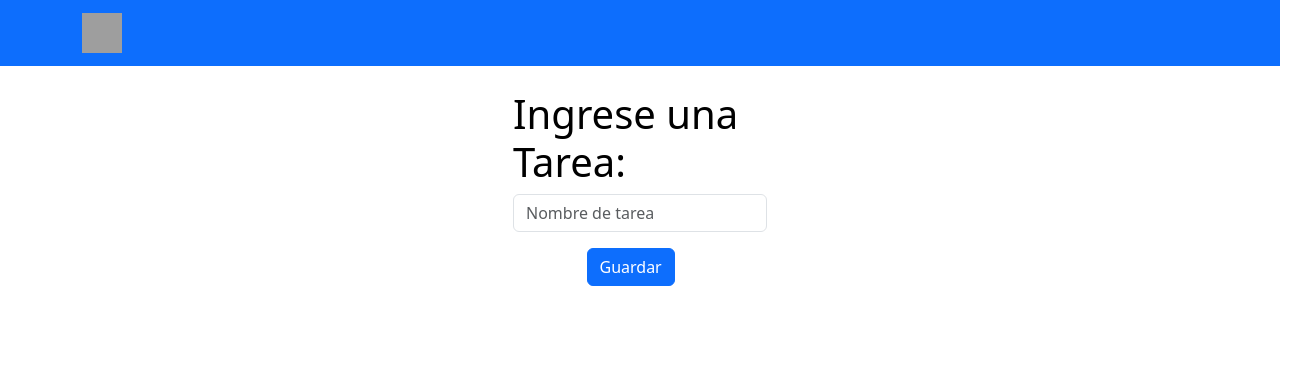
Repository: mgarrido0gb/registroTareas
Page: http://localhost/Tareas/Home
An editor plug-in stored every save of this project. The page is shown before and after the next save, followed by the edit.
The browser window is 1280 px wide. The page is 1292 px wide, so the pictures cover 1292 px, including what lies to the right of the window. The pictures show the whole page.
Pictures or frames that could not be fetched are drawn as grey boxes. The page is served by Tomcat 10. Other server files are loaded and not shown. Queries for data that is not in the repository find no rows.

Above is the page before, as saved 2024-05-21 16:52:29.

### Tareas/src/main/webapp/WEB-INF/home.jsp
<%@page import="models.Categoria"%>
<%@page import="models.Tarea"%>
<%@ page language="java" contentType="text/html; charset=ISO-8859-1"
    pageEncoding="ISO-8859-1" import="java.util.ArrayList" import="models.Tarea" import="models.Categoria"%>
<!doctype html>
<html lang="en">
  <head>
    <meta charset="utf-8">
    <meta name="viewport" content="width=device-width, initial-scale=1">
    <title>Registro Tareas</title>
    <link href="https://cdn.jsdelivr.net/npm/bootstrap@5.3.3/dist/css/bootstrap.min.css" rel="stylesheet" integrity="sha384-QWTKZyjpPEjISv5WaRU9OFeRpok6YctnYmDr5pNlyT2bRjXh0JMhjY6hW+ALEwIH" crossorigin="anonymous">
    <style type="text/css">
    	body{
    		background-color: white;
    		color: black;
    	}

    	li{
    		color: black;
    	}

    	.logotipo{
    		width: 30px;
    		height: 30px;
    	}






    </style>

  </head>
  <body>
  	<nav class="navbar bg-primary" id="nav">
  		<div class="container">
    		<a class="navbar-brand" href="#">
      			<img src="https://cdn-icons-png.flaticon.com/512/181/181627.png"  width="40" height="40">
    		</a>
  		</div>
	</nav>

    <div class="row">
    	<div class="col-3 offset-3 d-block m-auto m-0">
    		<form action="/Tareas/Home" method="post">
    			<div class="p-4 col-xs-9">
    				<h1>Ingrese una Tarea: </h1>

    				<div class="text-center">
    					<input class="form-control" placeholder="Nombre de tarea" name="texto" type="text" required>
    				</div>
    			<div>
    			<div class="row">
    				<div class="col-3 offset-3 p-3">
    					<input type="submit" value="Guardar" class="btn btn-primary">
    				</div>

    			</div>
    		</div>

    	</form>

    </div>


    </div>
   <div class="row">
   		<div class="col-3 offset-2 d-block m-auto m-0 p-3">
   			 <%
    			ArrayList<Tarea> tareas = (ArrayList<Tarea>)request.getAttribute("tareas");
    		%>

    			<% for (Tarea t: tareas) { %>
    				<ul class="list-group">
    					<li <% if (t.completada == true){ %>class="text-decoration-line-through text-danger"<% } %> class="list-group-item">
    		 				<%=t.texto %> (creada en: <%=t.fecha %>)
    		 				<a href="/Tareas/CheckearTarea?id=<%=t.id%>"><img src="https://img.icons8.com/?size=48&id=sz8cPVwzLrMP&format=png" class="logotipo"></img></a>
    		 				<a href="/Tareas/GestionTarea?id=<%=t.id%>"><img src="https://img.icons8.com/?size=48&id=pre7LivdxKxJ&format=png" class="logotipo"></img></a>
    					</li>
    				<br>
    			<%}%>
    		</ul>

   		</div>
   </div>
    <script src="https://cdn.jsdelivr.net/npm/bootstrap@5.3.3/dist/js/bootstrap.bundle.min.js" integrity="sha384-YvpcrYf0tY3lHB60NNkmXc5s9fDVZLESaAA55NDzOxhy9GkcIdslK1eN7N6jIeHz" crossorigin="anonymous"></script>
  </body>
</html>

### Tareas/src/main/java/servlets/Home.java
package servlets;

import jakarta.servlet.RequestDispatcher;
import jakarta.servlet.ServletException;
import jakarta.servlet.annotation.WebServlet;
import jakarta.servlet.http.HttpServlet;
import jakarta.servlet.http.HttpServletRequest;
import jakarta.servlet.http.HttpServletResponse;
import models.Categoria;
import models.Tarea;

import java.io.IOException;
import java.sql.SQLException;
import java.util.ArrayList;

import daos.CategoriaDao;
import daos.TareaDao;


/**
 * Servlet implementation class Home
 */
public class Home extends HttpServlet {
	private static final long serialVersionUID = 1L;

    /**
     * Default constructor.
     */
    public Home() {
        // TODO Auto-generated constructor stub
    }

	/**
	 * @throws IOException
	 * @throws ServletException
	 * @see HttpServlet#doGet(HttpServletRequest request, HttpServletResponse response)
	 */
	protected void doGet(HttpServletRequest request, HttpServletResponse response) throws ServletException, IOException  {
		// TODO Auto-generated method stub
		try {
			ArrayList<Tarea> tareas = TareaDao.getAll();
			System.out.println(tareas);
			request.setAttribute("tareas", tareas);

			ArrayList<Categoria> cats = CategoriaDao.getAll();
			request.setAttribute("cats", cats);
		} catch(SQLException e) {
			System.out.println(e);
		}


		// 2. Cargamos el JSP
		RequestDispatcher vista = request.getRequestDispatcher("WEB-INF/home.jsp");
		vista.forward(request, response);
	}

	/**
	 * @see HttpServlet#doPost(HttpServletRequest request, HttpServletResponse response)
	 */
	protected void doPost(HttpServletRequest request, HttpServletResponse response) throws ServletException, IOException {
		// TODO Auto-generated method stub
		String textoNuevaTarea = request.getParameter("texto");
		try {
			TareaDao.addNew(textoNuevaTarea);

		} catch (SQLException e) {
			// TODO Auto-generated catch block
			e.printStackTrace();
		}


		response.sendRedirect("/Tareas/Home");
	}

}

### Tareas/src/main/java/daos/TareaDao.java
package daos;

import java.sql.Connection;
import java.sql.PreparedStatement;
import java.sql.ResultSet;
import java.sql.SQLException;
import java.sql.Statement;
import java.util.ArrayList;

import models.Categoria;
import models.MyConn;
import models.Tarea;

public class TareaDao {

	static public void addNew(String textoNuevaTarea) throws SQLException {
		//1.-  nueva conexion
		Connection conn = MyConn.getConnection();
		//2.- consulta
		PreparedStatement consulta =conn.prepareStatement("INSERT INTO TAREAS (texto) values(?)");
		consulta.setString(1, textoNuevaTarea);
		consulta.execute();
	}

	static public void deleteById (int idTarea) throws SQLException {
		// 1. Pedimos una conexion nueva
		Connection conn = MyConn.getConnection();
		// 2. Creamos la consulta
		PreparedStatement stmt = conn.prepareStatement(
			"delete from tareas where id=?"
		);
		stmt.setInt(1, idTarea);
		// 3. Ejecutar la stmt
		stmt.executeUpdate();
	  }

	static public void checkById (int idTarea) throws SQLException {
		// 1. Pedimos una conexion nueva
		Connection conn = MyConn.getConnection();
		// 2. Creamos la consulta
		PreparedStatement stmt = conn.prepareStatement(
			"update tareas set completada = true where id = ?"
		);
		stmt.setInt(1, idTarea);
		// 3. Ejecutar la stmt
		stmt.executeUpdate();
	  }





	static public ArrayList<String> get_textos () throws SQLException {
		// 1. Creamos un ArrayList vacío
		ArrayList<String> textos = new ArrayList<String>();
		// 2. Pedimos una conección nueva
		Connection conn = MyConn.getConnection();
		// 3. Creamos y ejecutamos la consulta
		Statement consulta = conn.createStatement();
		ResultSet respuesta = consulta.executeQuery("select * from tareas");

		// 4. Vamos llenando el ArrayList con lo que tenga la respuesta
		while (respuesta.next()) {
		  textos.add( respuesta.getString("texto") );
		}
		// 5. Retornamos el ArrayList, ahora lleno
		return textos;
	  }



	static public ArrayList<Tarea> getAll () throws SQLException {
		// 1. Creamos un ArrayList vacío
		ArrayList<Tarea> tareas = new ArrayList<Tarea>();
		// 2. Pedimos una conección nueva
		Connection conn = MyConn.getConnection();
		// 3. Creamos y ejecutamos la consulta
		Statement consulta = conn.createStatement();
		ResultSet respuesta = consulta.executeQuery("select * from tareas");

		// 4. Vamos llenando el ArrayList con lo que tenga la respuesta
		while (respuesta.next()) {
			Tarea t = new Tarea(
					respuesta.getInt("id"),
					respuesta.getString("texto"),
					respuesta.getBoolean("completada"),
					respuesta.getDate("fecha")

			);
		  tareas.add(t);
		}
		return tareas;
	  }
}

### Tareas/src/main/java/models/MyConn.java
package models;

import java.sql.Connection;
import java.sql.DriverManager;
import java.sql.SQLException;

public class MyConn {
	static final String URL = "jdbc:postgresql://localhost/ejemplo_dao";
	static final String USER = "postgres";
	static final String PASSWORD = "12345";
	static final String DRIVER = "org.postgresql.Driver";

	static public Connection conn = null;

    static public Connection getConnection () {
      if (conn != null) {
        return conn;
      }
      try {
    	Class.forName(DRIVER);
    	conn = (Connection) DriverManager.getConnection(URL, USER, PASSWORD);
      }
      catch (ClassNotFoundException | SQLException e) {
    	e.printStackTrace();
      }
      return conn;
    }
}

### Tareas/src/main/java/daos/CategoriaDao.java
package daos;

import java.sql.Connection;
import java.sql.ResultSet;
import java.sql.SQLException;
import java.sql.Statement;
import java.util.ArrayList;

import models.Categoria;
import models.MyConn;


public class CategoriaDao {
	static public ArrayList<Categoria> getAll () throws SQLException {
		// 1. Creamos un ArrayList vacío
		ArrayList<Categoria> categorias = new ArrayList<Categoria>();
		// 2. Pedimos una conección nueva
		Connection conn = MyConn.getConnection();
		// 3. Creamos y ejecutamos la consulta
		Statement consulta = conn.createStatement();
		ResultSet respuesta = consulta.executeQuery("select * from categoria order by id");

		// 4. Vamos llenando el ArrayList con lo que tenga la respuesta
		while (respuesta.next()) {
			Categoria c = new Categoria(
					respuesta.getInt("id"),
					respuesta.getString("nombre")

			);
		  categorias.add(c);
		}
		return categorias;
	  }
}

After the next save:
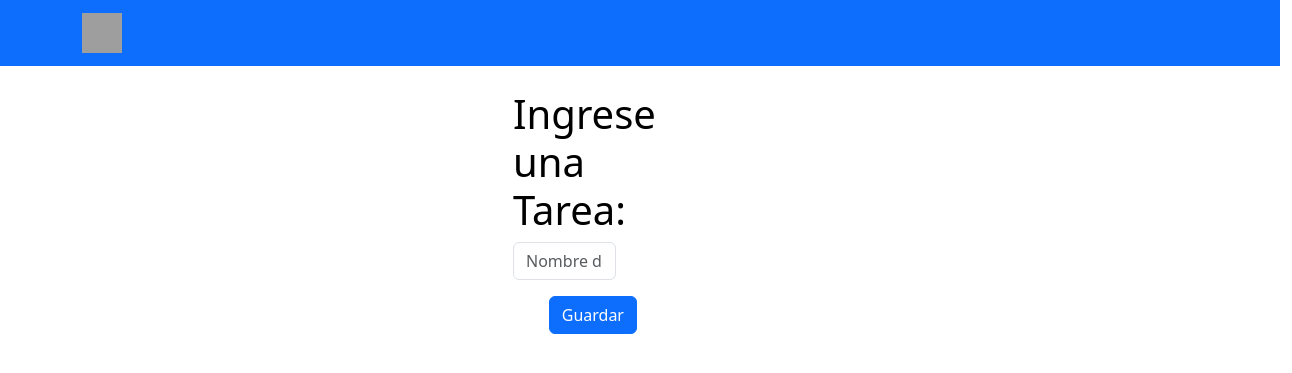
Saved 17 s later.
--- a/Tareas/src/main/webapp/WEB-INF/home.jsp
+++ b/Tareas/src/main/webapp/WEB-INF/home.jsp
@@ -44,7 +44,7 @@
     <div class="row">
     	<div class="col-3 offset-3 d-block m-auto m-0">
     		<form action="/Tareas/Home" method="post">
-    			<div class="p-4 col-xs-9">
+    			<div class="p-4 col-sm-6">
     				<h1>Ingrese una Tarea: </h1>
 
     				<div class="text-center">

After the save that followed:
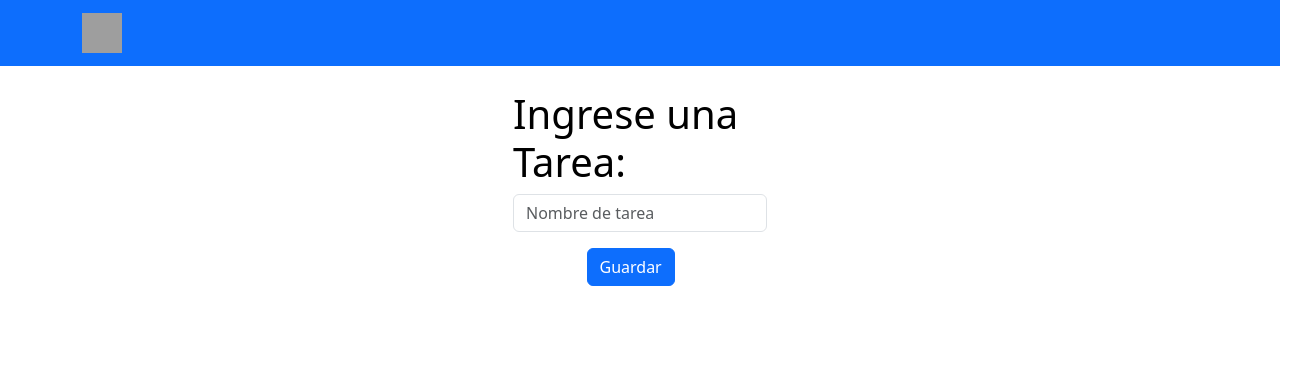
Saved 17 s later.
--- a/Tareas/src/main/webapp/WEB-INF/home.jsp
+++ b/Tareas/src/main/webapp/WEB-INF/home.jsp
@@ -44,7 +44,7 @@
     <div class="row">
     	<div class="col-3 offset-3 d-block m-auto m-0">
     		<form action="/Tareas/Home" method="post">
-    			<div class="p-4 col-sm-6">
+    			<div class="p-4">
     				<h1>Ingrese una Tarea: </h1>
 
     				<div class="text-center">
